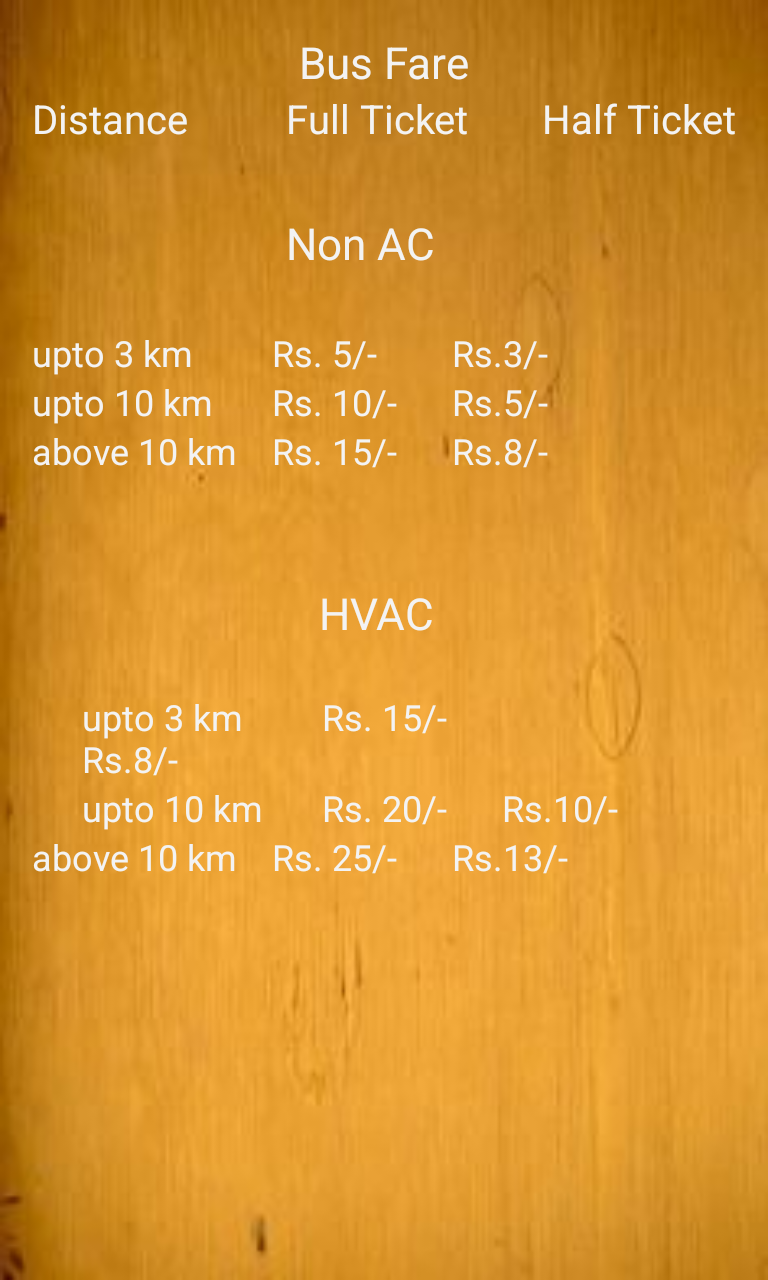
Repository: yogeshwar1996/android-app
Layout: CHD!!@BUSES/res/layout/activity_info.xml
The author's editor kept a copy of each file at every save. The layout is drawn from the files as they stood at one save, then again after the next save.
It is drawn on a 768 x 1280 px phone screen (xhdpi) without system bars, with theme android:Theme.Holo; the app's code is not run.

Above is the layout before, as saved 2016-07-11 06:15:08.

After the next save:
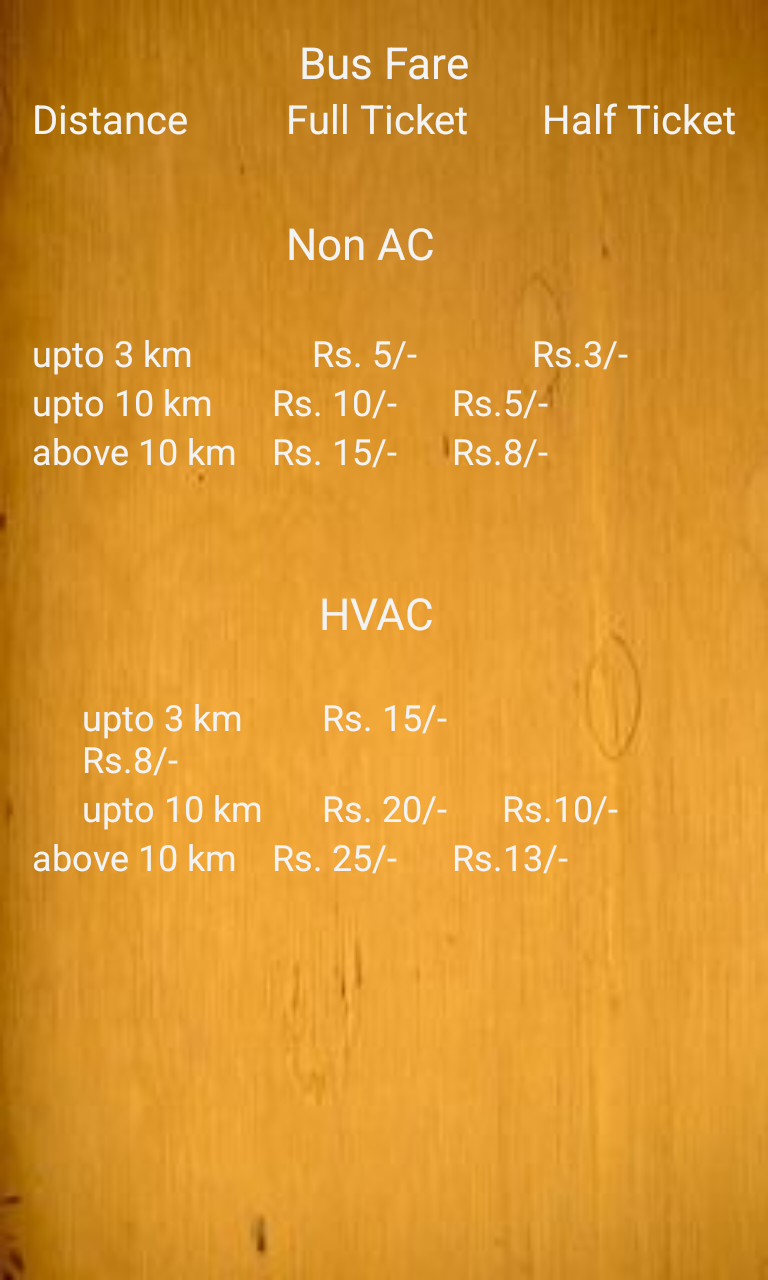
Saved 22 s later.
--- a/CHD!!@BUSES/res/layout/activity_info.xml
+++ b/CHD!!@BUSES/res/layout/activity_info.xml
@@ -56,7 +56,7 @@
         android:layout_height="wrap_content"
         android:layout_below="@+id/textView2"
         android:layout_marginTop="28dp"
-        android:text="upto 3 km 				Rs. 5/-				Rs.3/-"
+        android:text="upto 3 km 						Rs. 5/-						Rs.3/-"
         android:textAppearance="?android:attr/textAppearanceMedium" />
 
     <TextView
